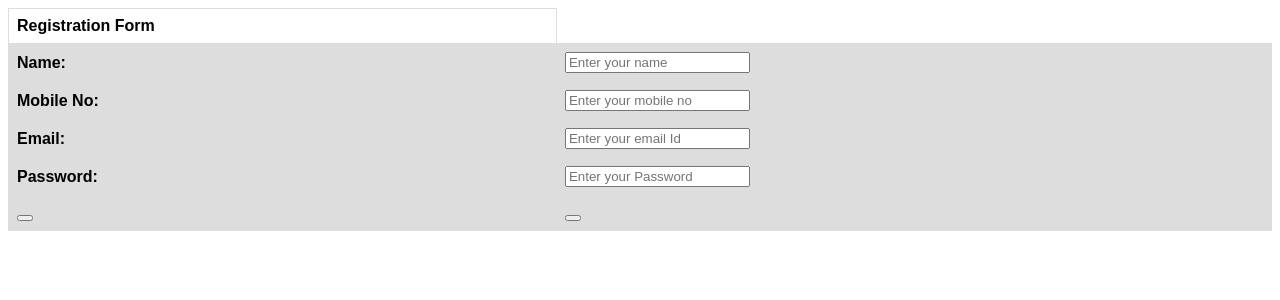
Repository: akki1071993/JavaServlet
Page: HttpServletFilterDemo/src/main/webapp/register.html
These files come from the project's save history. The page is drawn as it stood at one moment and after the next save; the edit follows.
The browser window is 1280 px wide. The pictures show the whole page.

Above is the page before, as saved 2022-06-15 09:52:38.

### HttpServletFilterDemo/src/main/webapp/register.html
<!DOCTYPE html>
<html>

<meta charset="ISO-8859-1">
<title>Insert title here</title>
<head>
<link rel="stylesheet" href="table.css">
</head>
<body>
	<form action="registration" method="post">
		<Table>
			<tr>
				<th colspan="1">Registration Form</th>
			</tr>
			<tr>
				<th>Name:</th>
				<th><input type="text" name="name"
					placeholder="Enter your name"></th>
			<tr>
			<tr>
				<th>Mobile No:</th>
				<th><input type="text" name="mobileNo"
					placeholder="Enter your mobile no"></th>
			<tr>
			<tr>
				<th>Email:</th>
				<th><input type="text" name="email"
					placeholder="Enter your email Id"></th>
			<tr>
			<tr>
				<th>Password:</th>
				<th><input type="text" name="pass"
					placeholder="Enter your Password"></th>
			<tr>
			<tr>
				<th><button type="submit" value="Submit"></button></th>
				<th><button type="reset" value="Reset"></button></th>
			<tr>
		</Table>
	</form>
</body>
</html>

### HttpServletFilterDemo/src/main/webapp/table.css
@charset "ISO-8859-1";

table {
  font-family: arial, sans-serif;
  border-collapse: collapse;
  width: 100%;
}

td, th {
  border: 1px solid #dddddd;
  text-align: left;
  padding: 8px;
}

tr:nth-child(even) {
  background-color: #dddddd;
}

After the next save:
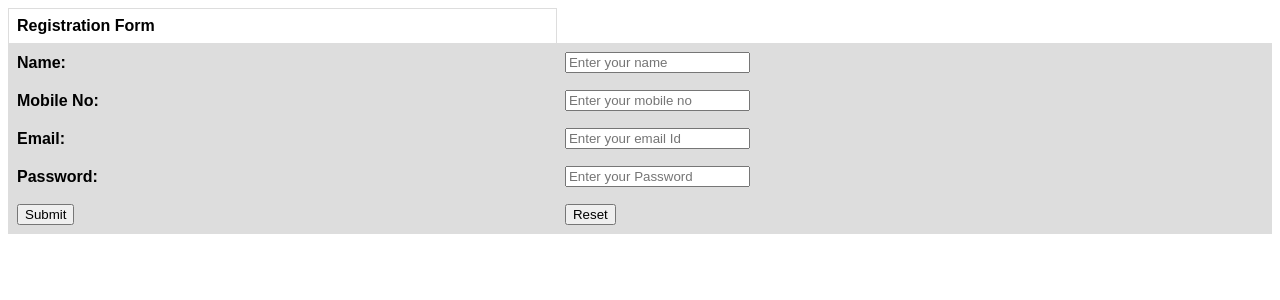
Saved 25 s later.
--- a/HttpServletFilterDemo/src/main/webapp/register.html
+++ b/HttpServletFilterDemo/src/main/webapp/register.html
@@ -33,8 +33,8 @@
 					placeholder="Enter your Password"></th>
 			<tr>
 			<tr>
-				<th><button type="submit" value="Submit"></button></th>
-				<th><button type="reset" value="Reset"></button></th>
+				<th><button type="submit" value="Submit">Submit</button></th>
+				<th><button type="reset" value="Reset">Reset</button></th>
 			<tr>
 		</Table>
 	</form>
